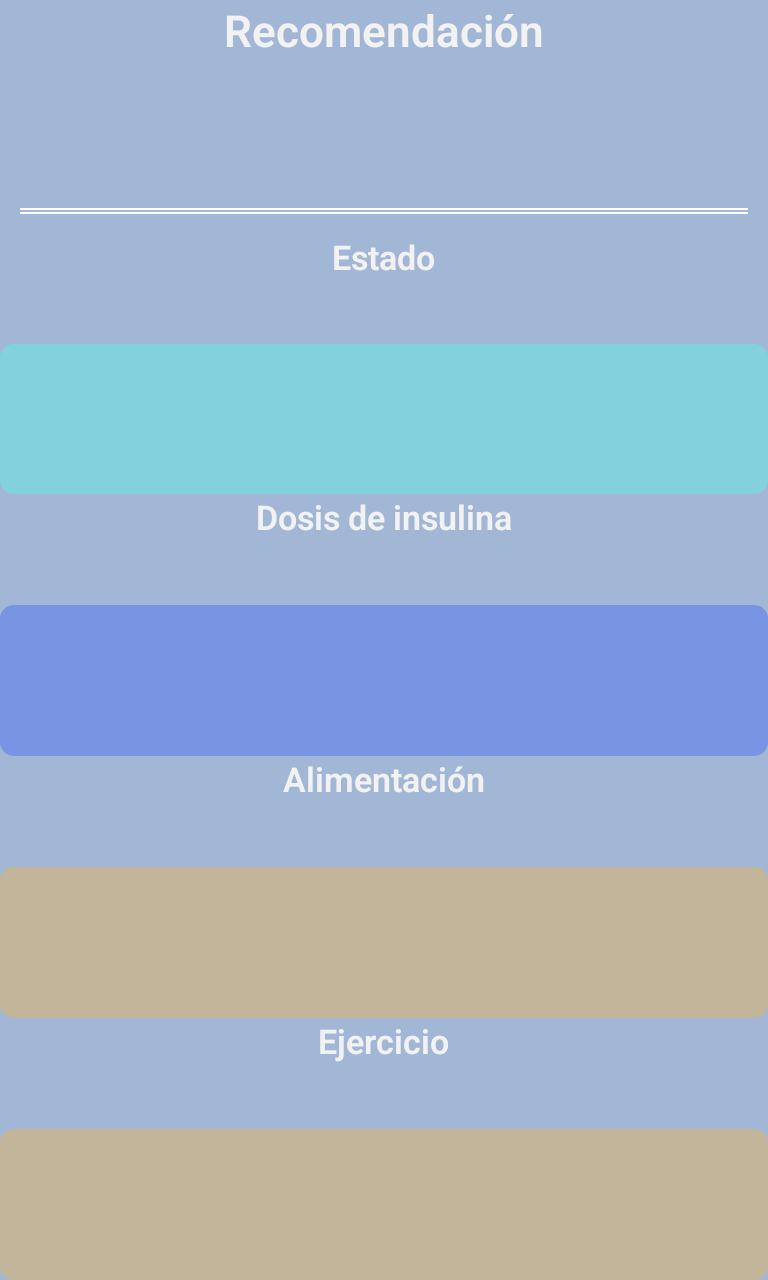
Repository: HectorGarciaMiguel/ssii-diabetes-060036
Layout: SeguimientoDiabetes/res/layout/activity_recomendacion.xml
These files come from the project's save history. The layout is drawn as it stood at one moment and after the next save; the edit follows.
It is drawn on a 768 x 1280 px phone screen (xhdpi) without system bars, with theme AppTheme; the app's code is not run.

Above is the layout before, as saved 2015-11-17 10:29:11.

### SeguimientoDiabetes/res/layout/activity_recomendacion.xml
<TableLayout xmlns:android="http://schemas.android.com/apk/res/android"
    xmlns:tools="http://schemas.android.com/tools"
    android:id="@+id/TableLayout1"
    android:layout_width="fill_parent"
    android:layout_height="wrap_content"
    android:layout_gravity="top|center"
    android:stretchColumns="*"
    tools:context=".MainActivity" >

    <TableRow
        android:id="@+id/tableRow1"
        android:layout_width="0px"
        android:layout_height="0px"
        android:layout_weight="2">

        <TextView
            android:id="@+id/textView1"
            android:layout_width="fill_parent"
            android:layout_height="fill_parent"
            android:layout_gravity="center_horizontal|center_vertical"
            android:text="Recomendación"
            android:textSize="22sp"
            android:textStyle="bold" />

    </TableRow>

           <View
    		android:layout_height="1dp"
    		android:layout_marginTop="10dp"
    		android:layout_marginRight="10dp"
    		android:layout_marginLeft="10dp"
    		android:layout_marginBottom="1dp"
    		android:background="#FFFFFF"/>
          <View
    		android:layout_height="1dp"
    		android:layout_marginRight="10dp"
    		android:layout_marginLeft="10dp"
    		android:layout_marginBottom="10dp"
    		android:background="#FFFFFF"/>


    <TableRow
        android:id="@+id/tableRow8"
        android:layout_width="0px"
        android:layout_height="0px"
        android:layout_weight="1">

        <TextView
            android:id="@+id/textView8"
            android:layout_width="wrap_content"
            android:layout_height="fill_parent"
            android:layout_gravity="center_horizontal|center_vertical"
            android:text="Estado"
            android:textStyle="bold"/>

    </TableRow>

    <TableRow
        android:id="@+id/tableRow9"
        android:layout_width="0px"
        android:layout_height="0px"
        android:layout_weight="1"
        android:background="@drawable/sombreadoverde">

        <TextView
            android:id="@+id/textView9"
            android:layout_width="wrap_content"
            android:layout_height="wrap_content"
            android:padding="10dp" />

    </TableRow>

    <TableRow
        android:id="@+id/tableRow2"
        android:layout_width="0px"
        android:layout_height="0px"
        android:layout_weight="1" >

        <TextView
            android:id="@+id/textView2"
            android:layout_width="fill_parent"
            android:layout_height="fill_parent"
            android:text="Dosis de insulina"
            android:layout_gravity="center_horizontal|center_vertical"
            android:textStyle="bold" />

    </TableRow>

    <TableRow
        android:id="@+id/tableRow3"
        android:layout_width="0px"
        android:layout_height="0px"
        android:layout_weight="1"
        android:background="@drawable/sombreadoazul" >

        <TextView
            android:id="@+id/textView3"
            android:layout_width="wrap_content"
            android:layout_height="wrap_content"
            android:padding="10dp" />

    </TableRow>

    <TableRow
        android:id="@+id/tableRow4"
        android:layout_width="0px"
        android:layout_height="0px"
        android:layout_weight="1" >

        <TextView
            android:id="@+id/textView4"
            android:layout_width="wrap_content"
            android:layout_height="fill_parent"
            android:layout_gravity="center_horizontal|center_vertical"
            android:text="Alimentación"
            android:textStyle="bold"/>

    </TableRow>

    <TableRow
        android:id="@+id/tableRow5"
        android:layout_width="0px"
        android:layout_height="0px"
        android:layout_weight="1"
        android:background="@drawable/sombreadonaranja">

        <TextView
            android:id="@+id/textView5"
            android:layout_width="wrap_content"
            android:layout_height="wrap_content"
            android:padding="10dp" />

    </TableRow>

    <TableRow
        android:id="@+id/tableRow6"
        android:layout_width="0px"
        android:layout_height="0px"
        android:layout_weight="1" >

        <TextView
            android:id="@+id/textView6"
            android:layout_width="wrap_content"
            android:layout_height="fill_parent"
            android:text="Ejercicio"
            android:layout_gravity="center_horizontal|center_vertical"
            android:textStyle="bold" />

    </TableRow>


    <TableRow
        android:id="@+id/tableRow7"
        android:layout_width="0px"
        android:layout_height="0px"
        android:layout_weight="1"
        android:background="@drawable/sombreadonaranja">>

        <TextView
            android:id="@+id/textView7"
            android:layout_width="wrap_content"
            android:layout_height="wrap_content"
            android:padding="10dp" />

    </TableRow>

</TableLayout>

### SeguimientoDiabetes/res/values/styles.xml
<resources xmlns:android="http://schemas.android.com/apk/res/android">

    <!--
        Base application theme, dependent on API level. This theme is replaced
        by AppBaseTheme from res/values-vXX/styles.xml on newer devices.
    -->
    <style name="AppBaseTheme" parent="android:Theme.Holo.Light">
        <!--
            Theme customizations available in newer API levels can go in
            res/values-vXX/styles.xml, while customizations related to
            backward-compatibility can go here.
        -->


    </style>

    <!-- Application theme. -->
    <style name="AppTheme" parent="AppBaseTheme">
        <!-- All customizations that are NOT specific to a particular API-level can go here. -->

                                   <item name="android:windowBackground">@drawable/fondo2</item>
                                   <item name="android:windowActionBarOverlay">true</item>
                                    <item name="android:windowActionBar">false</item>
    								<item name="android:windowNoTitle">true</item>


   									<item name="android:textViewStyle">@style/RobotoStyleTextView</item>
    								<item name="android:editTextStyle">@style/RobotoStyleEditText</item>
   									 <item name="android:textAppearance">@style/RobotoStyle</item>


    </style>


    <style name="Boton" parent="android:Theme.Holo.Light">
       <item name="android:layout_width">fill_parent</item>
       <item name="android:layout_height">fill_parent</item>
       <item name="android:textColor">#F2F2F2</item>
       <item name="android:textStyle">bold</item>
       <item name="android:layout_margin">30px</item>
       <item name="android:textSize">18sp</item>
    </style>



    <style name="RobotoStyleTextView" parent="android:Widget.TextView">
    	<item name="android:fontFamily">sans-serif-light</item>
    	<item name="android:textColor">#F2F2F2</item>
    	<item name="android:textSize">17sp</item>
	</style>

      <style name="RobotoStyleEditText" parent="android:Widget.EditText">
    	<item name="android:fontFamily">sans-serif-light</item>
    	<item name="android:textColor">#F2F2F2</item>
    	<item name="android:textSize">20sp</item>
	</style>

       <style name="RobotoStyle" >
    	<item name="android:fontFamily">sans-serif-light</item>
    	<item name="android:textColor">#F2F2F2</item>
    	<item name="android:textSize">25sp</item>
	</style>


    <style name="SombreadoVerde" parent="@style/RobotoStyleTextView">
    	<item name="android:background">#306DE7D9</item>

    </style>


</resources>

### SeguimientoDiabetes/res/drawable/sombreadoverde.xml
<?xml version="1.0" encoding="UTF-8"?>
<shape xmlns:android="http://schemas.android.com/apk/res/android">
    <solid android:color="#6050FCE8"/>
    <corners android:radius="7dp"/>
</shape>

### SeguimientoDiabetes/res/drawable/sombreadoazul.xml
<?xml version="1.0" encoding="UTF-8"?>
<shape xmlns:android="http://schemas.android.com/apk/res/android">
    <solid android:color="#60355CF7"/>
    <corners android:radius="7dp"/>
</shape>

### SeguimientoDiabetes/res/drawable/sombreadonaranja.xml
<?xml version="1.0" encoding="UTF-8"?>
<shape xmlns:android="http://schemas.android.com/apk/res/android">
    <solid android:color="#60F7B335"/>
    <corners android:radius="7dp"/>
</shape>

Loaded but not shown: SeguimientoDiabetes/res/values-v11/styles.xml (common file); SeguimientoDiabetes/res/values-v14/styles.xml (common file)

After the next save:
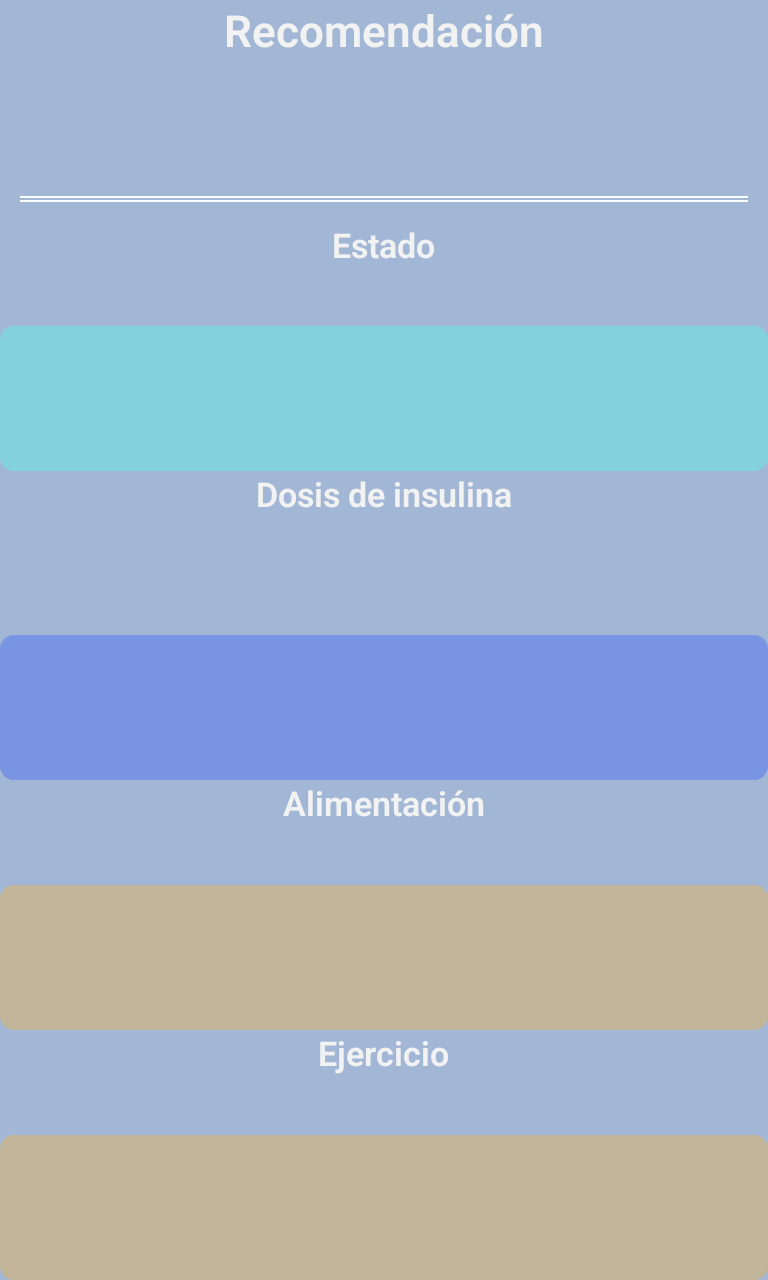
Saved 56 s later.
--- a/SeguimientoDiabetes/res/layout/activity_recomendacion.xml
+++ b/SeguimientoDiabetes/res/layout/activity_recomendacion.xml
@@ -74,11 +74,11 @@
         android:id="@+id/tableRow2"
         android:layout_width="0px"
         android:layout_height="0px"
-        android:layout_weight="1" >
+        android:layout_weight="2" >
 
         <TextView
             android:id="@+id/textView2"
-            android:layout_width="fill_parent"
+            android:layout_width="wrap_content"
             android:layout_height="fill_parent"
             android:text="Dosis de insulina"
             android:layout_gravity="center_horizontal|center_vertical"

After the save that followed:
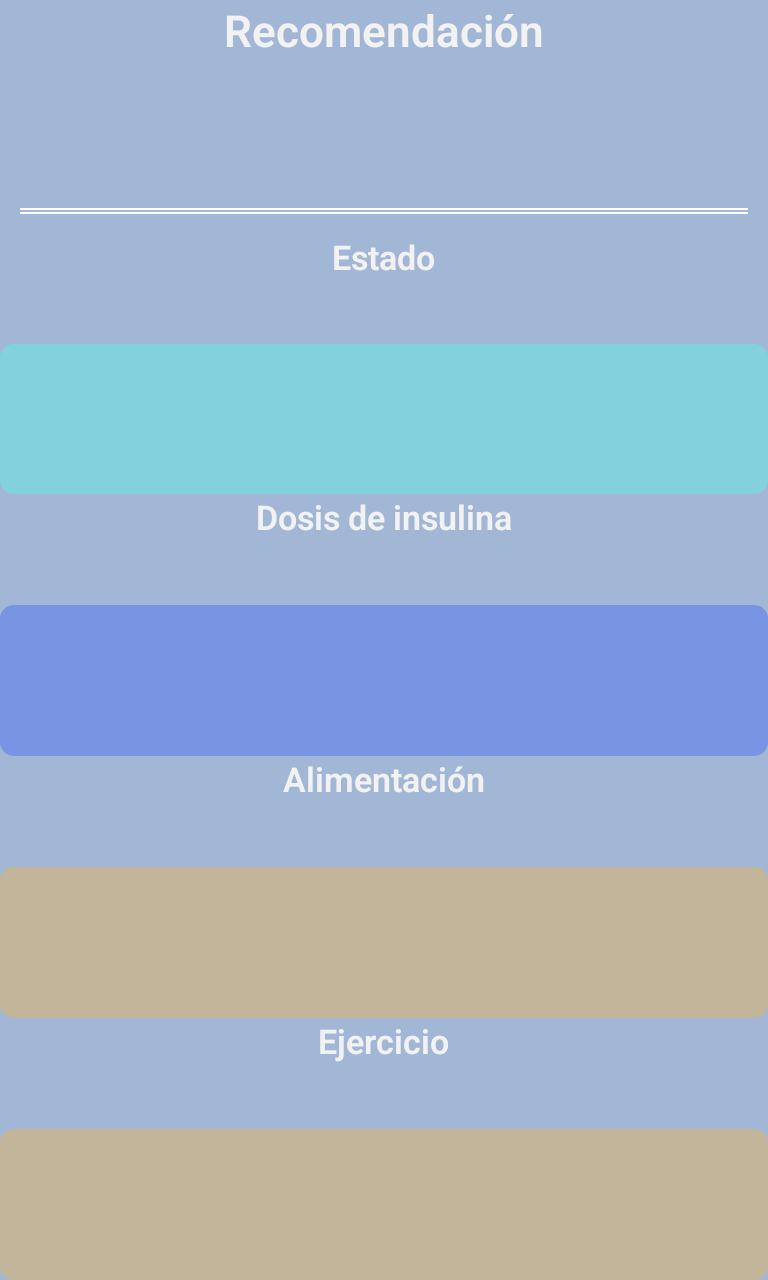
Saved 6 s later.
--- a/SeguimientoDiabetes/res/layout/activity_recomendacion.xml
+++ b/SeguimientoDiabetes/res/layout/activity_recomendacion.xml
@@ -74,12 +74,12 @@
         android:id="@+id/tableRow2"
         android:layout_width="0px"
         android:layout_height="0px"
-        android:layout_weight="2" >
+        android:layout_weight="1" >
 
         <TextView
             android:id="@+id/textView2"
             android:layout_width="wrap_content"
-            android:layout_height="fill_parent"
+            android:layout_height="match_parent"
             android:text="Dosis de insulina"
             android:layout_gravity="center_horizontal|center_vertical"
             android:textStyle="bold" />
